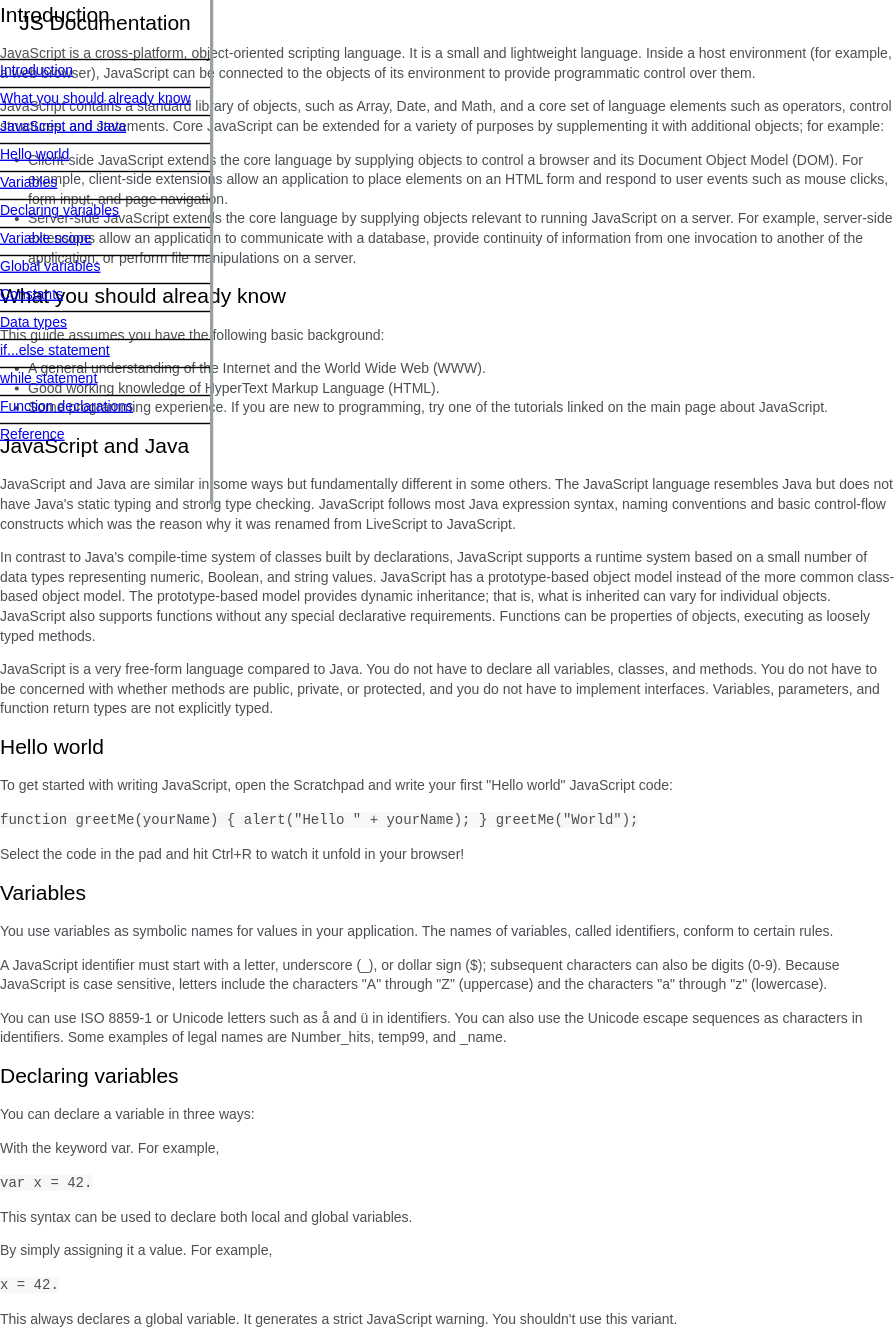
Repository: Lungdjos/technical_document_page_certificate
Page: index.html
An editor plug-in stored every save of this project. The page is shown before and after the next save, followed by the edit.
The browser window is 1280 px wide. The pictures show the part of the page from y = 0 to 1920 px (the page is 5728 px tall), at 70% of full size.

Above is the page before, as saved 2023-11-21 22:46:38.

After the next save:
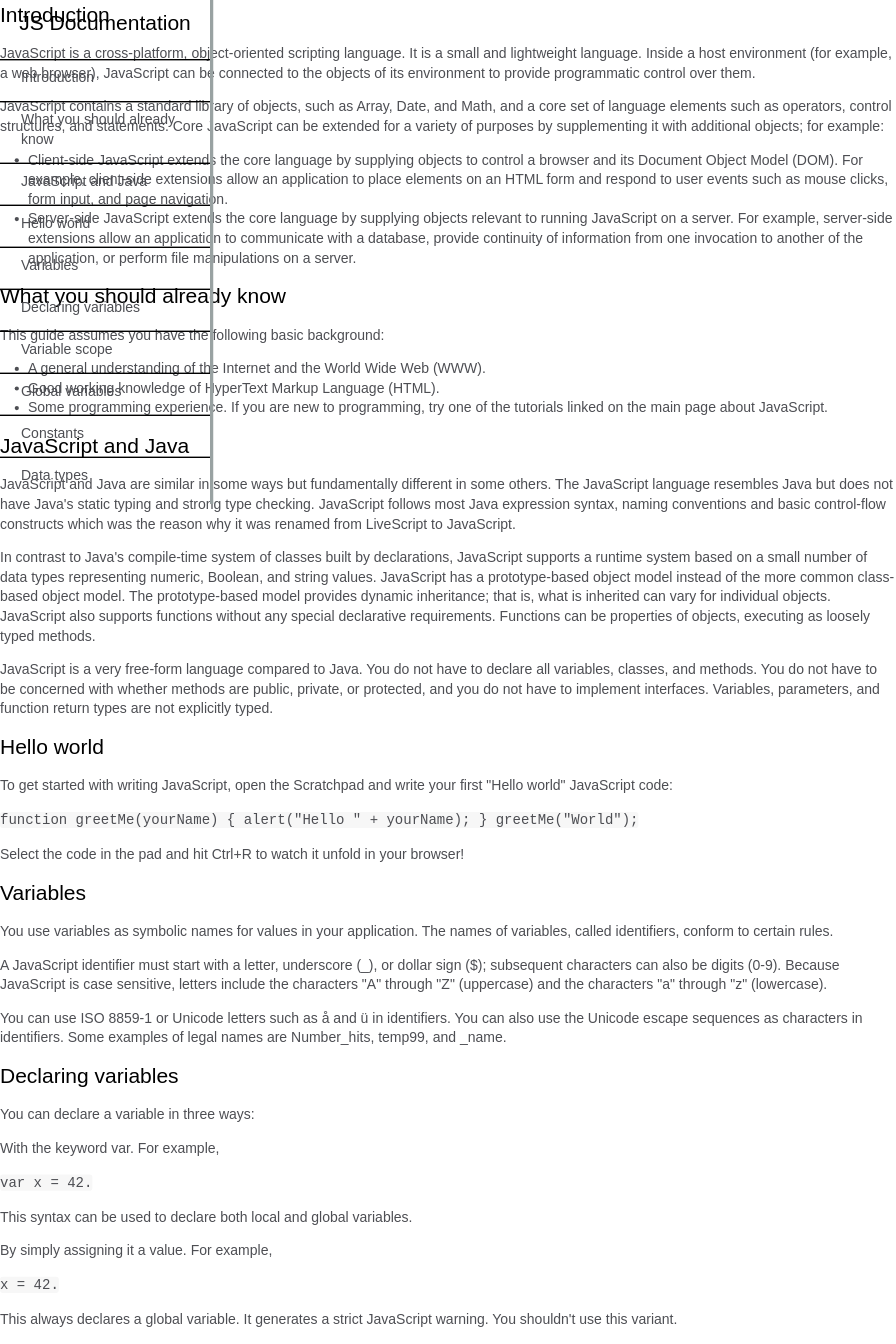
Saved 41 s later.
--- a/styles.css
+++ b/styles.css
@@ -49,7 +49,13 @@ body {
     color: #4d4e53;
 }
 
-#nav-bar a {}
+#nav-bar a {
+    display: block;
+    padding: 10px 30px;
+    color: #4d4e53;
+    text-decoration: none;
+    cursor: pointer;
+}
 
 
 /* body styling */
